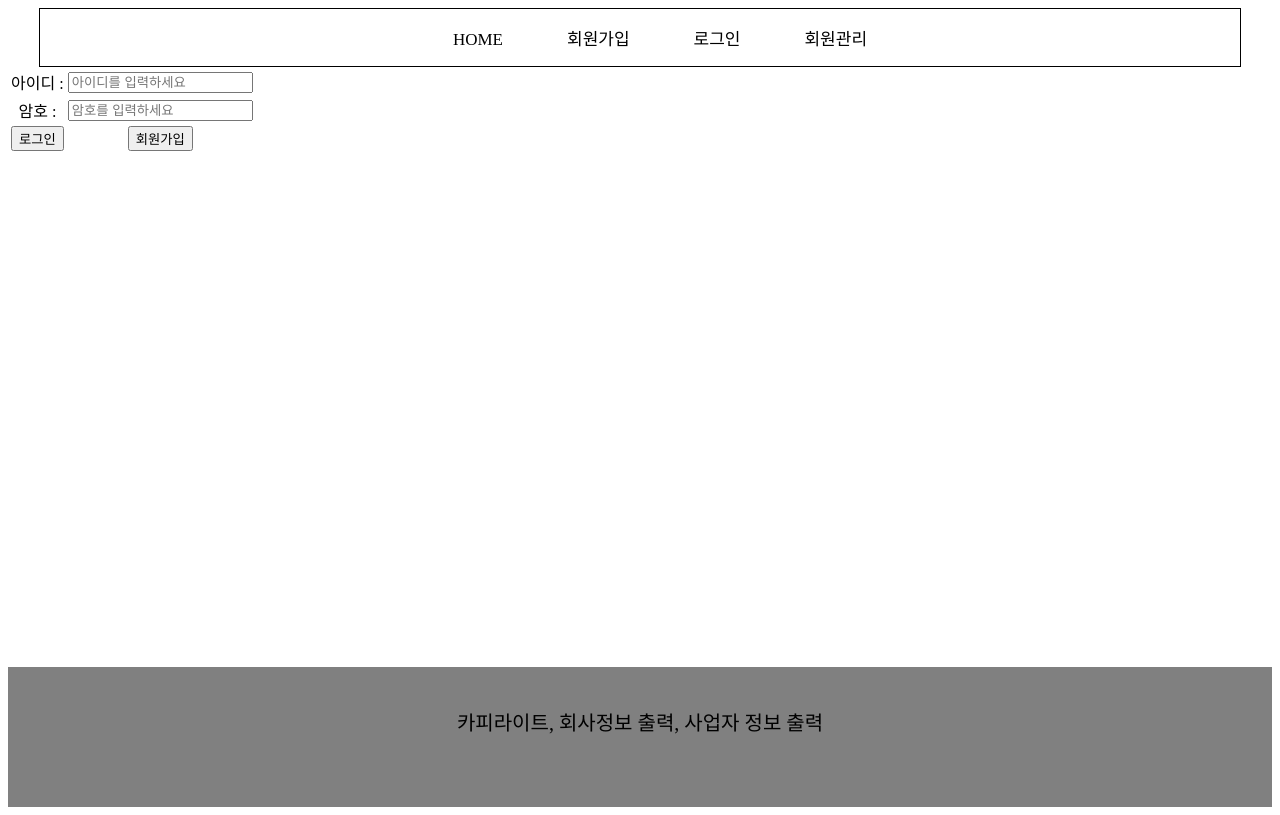
Repository: ceooyh/JSP
Page: http://localhost/step02/login.jsp
These files come from the project's save history. The page is drawn as it stood at one moment and after a run of saves; the edit follows.
The browser window is 1280 px wide. The pictures show the whole page.
The page is served by Tomcat 9.

Above is the page before, as saved 2020-12-29 07:28:44.

After the next 2 saves:
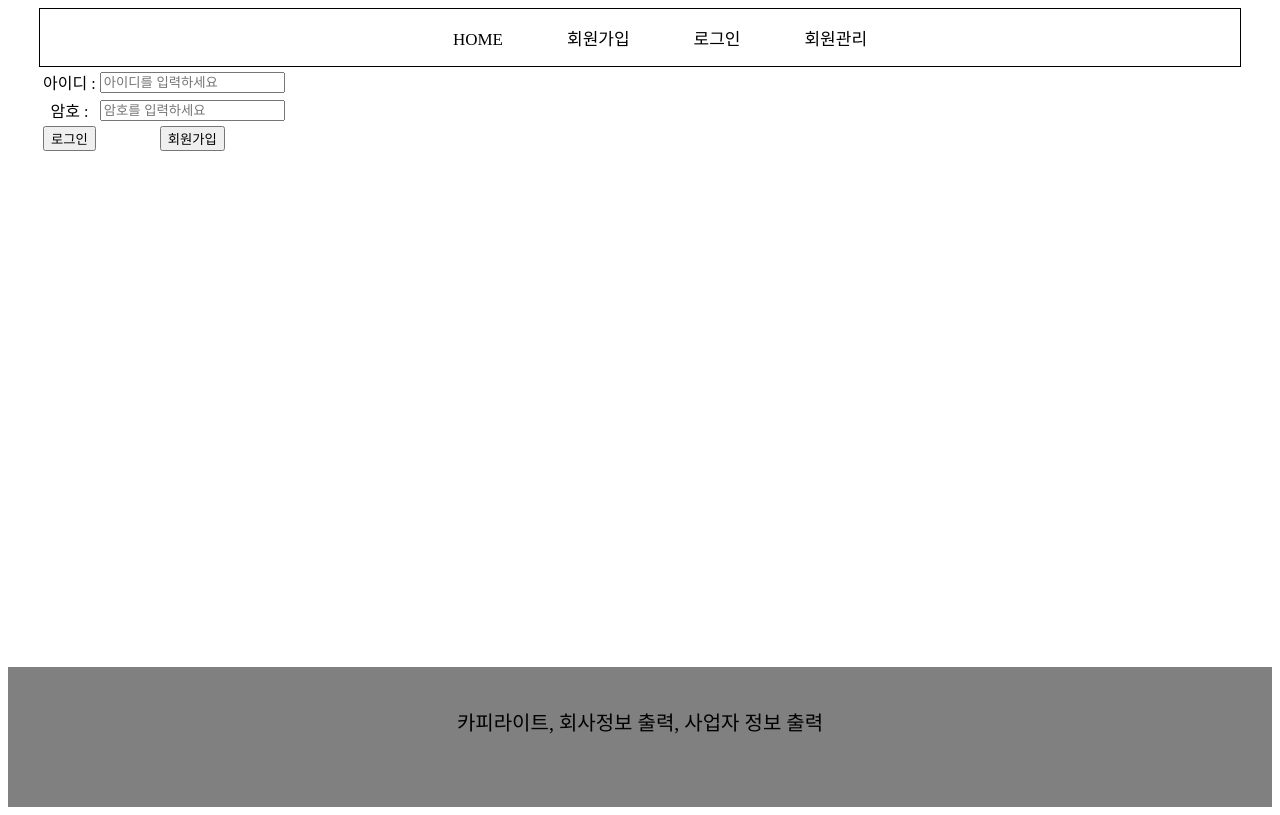
The 2 saves are shown as one change because they came seconds apart.
The last was saved 13 s later.
--- a/step02/WebContent/login.jsp
+++ b/step02/WebContent/login.jsp
@@ -7,6 +7,7 @@
 <title>Insert title here</title>
 <style type="text/css">
 	section{
+		width:1200px;
 		margin:0 auto;
 		height: 600px;
 		text-align: center;
